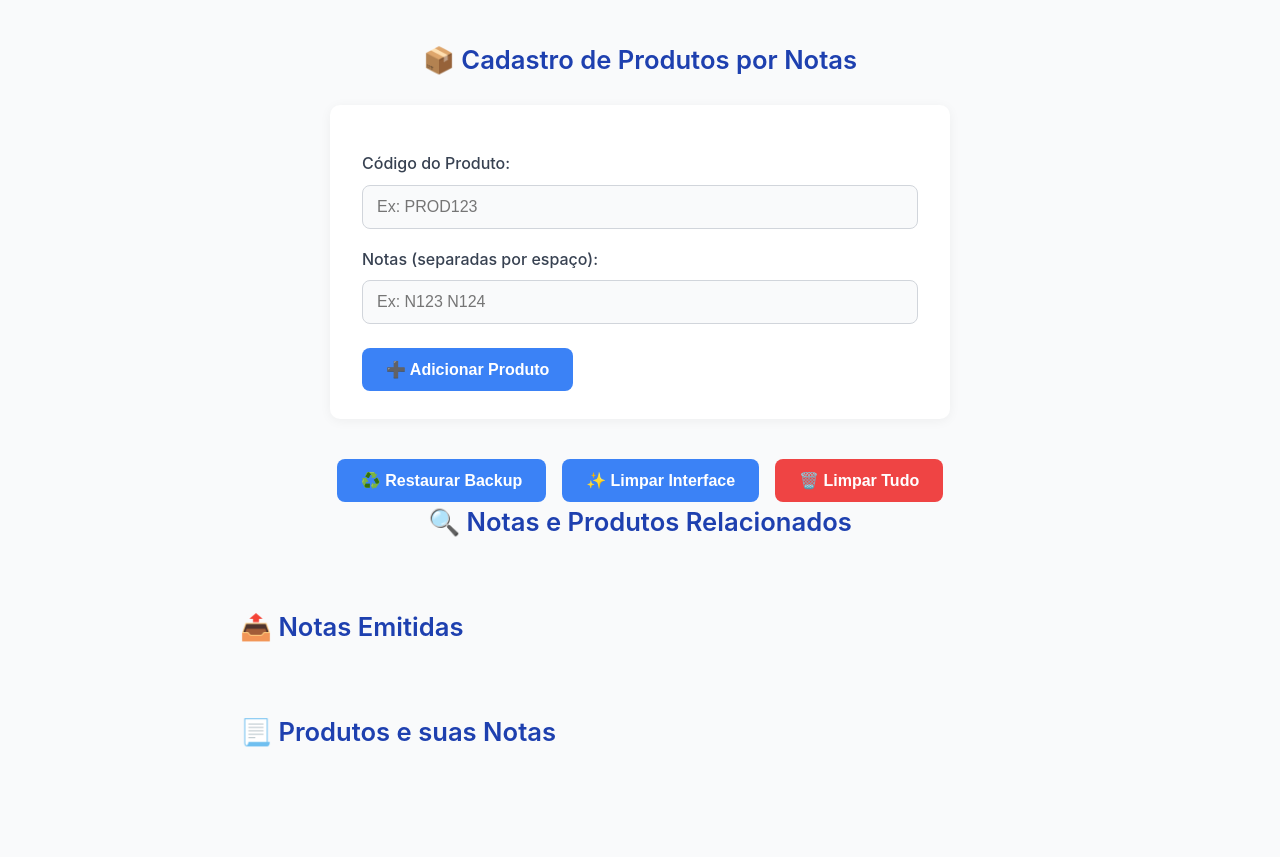
Repository: meiotera/cadastroNotasProdutos
Page: index.html
These files come from the project's save history. The page is drawn as it stood at one moment and after the next save; the edit follows.
The browser window is 1280 px wide. The pictures show the whole page.

Above is the page before, as saved 2025-06-11 17:59:08.

### index.html
<!DOCTYPE html>
<html lang="pt-BR">

<head>
  <meta charset="UTF-8" />
  <meta name="viewport" content="width=device-width, initial-scale=1.0" />
  <title>Cadastro de Produtos e Notas</title>
  <link rel="stylesheet" href="style.css" />
</head>

<body>
  <main>
    <h1>📦 Cadastro de Produtos por Notas</h1>

    <form id="formProduto">
      <label for="codigo">Código do Produto:</label>
      <input type="text" id="codigo" placeholder="Ex: PROD123" required />

      <label for="notas">Notas (separadas por espaço):</label>
      <input type="text" id="notas" placeholder="Ex: N123 N124" required />

      <button type="submit">➕ Adicionar Produto</button>
    </form>

    <div class="botoes-secundarios">
      <button id="restaurarBackup">♻️ Restaurar Backup</button>
      <button id="limparInterfaceBtn" class="limpar-btn-interface">✨ Limpar Interface</button>
      <button id="limparDados" class="limpar-btn">🗑️ Limpar Tudo</button>
    </div>

    <h2>🔍 Notas e Produtos Relacionados</h2>
    <div id="notasProdutos">
    </div>

    <div id="notasEmitidas">
      <h2>📤 Notas Emitidas</h2>
    </div>

    <div id="resultado">
      <h2>📃 Produtos e suas Notas</h2>
      <div id="listaProdutos"></div>
    </div>
  </main>

  <script src="script.js"></script>
</body>

</html>

### style.css
/* Reset básico */
* {
  margin: 0;
  padding: 0;
  box-sizing: border-box;
}

body {
  font-family: 'Inter', sans-serif;
  background-color: #f9fafb;
  color: #1f2937;
  padding: 40px 20px;
  line-height: 1.6;
}

/* Títulos */
h1,
h2 {
  text-align: center;
  margin-bottom: 24px;
  font-size: 1.6rem;
  color: #1e40af;
  font-weight: 600;
}

/* Formulário */
form {
  background: #ffffff;
  padding: 28px 32px;
  border-radius: 10px;
  max-width: 620px;
  margin: 0 auto 40px auto;
  box-shadow: 0 2px 12px rgba(0, 0, 0, 0.05);
}

label {
  display: block;
  margin: 18px 0 8px;
  font-weight: 500;
  color: #374151;
}

input {
  width: 100%;
  padding: 12px 14px;
  border-radius: 8px;
  border: 1.5px solid #d1d5db;
  background-color: #f9fafb;
  font-size: 1rem;
  color: #1f2937;
  transition: 0.2s;
}

input:focus {
  border-color: #3b82f6;
  outline: none;
  background-color: #fff;
}

/* Botões */
button {
  margin-top: 24px;
  padding: 12px 24px;
  background-color: #3b82f6;
  color: white;
  border: none;
  border-radius: 8px;
  font-size: 1rem;
  font-weight: 600;
  cursor: pointer;
  transition: background 0.2s ease;
}

.botoes-secundarios {
  display: flex;
  justify-content: center;
  align-items: center;
  gap: 16px;
}

.botoes-secundarios button {
  margin: 0;
}

button:hover {
  background-color: #2563eb;
}

.limpar-btn {
  background-color: #ef4444;
  margin: 30px auto;
  display: block;
  max-width: 620px;
}

.limpar-btn:hover {
  background-color: #dc2626;
}

/* Containers principais */
#resultado,
#notasProdutos,
#notasEmitidas {
  display: flex;
  gap: 24px;
  flex-wrap: wrap;
  justify-content: space-between;
  max-width: 800px;
  margin: 0 auto 40px;
}

#notasProdutos .card-nota {
  min-width: 300px;
}

/* Lista de produtos */
#listaProdutos > div {
  background: #ffffff;
  padding: 20px 24px;
  margin-bottom: 16px;
  border-radius: 10px;
  box-shadow: 0 1px 8px rgba(0, 0, 0, 0.05);
}

#listaProdutos strong {
  display: block;
  margin-bottom: 12px;
  font-size: 1rem;
  color: #111827;
}

/* Tags */
.tag,
.produto-tag {
  display: inline-block;
  padding: 6px 14px;
  margin: 4px 6px 4px 0;
  font-size: 0.875rem;
  font-weight: 600;
  border-radius: 999px;
  user-select: none;
}

.tag {
  background-color: #e0e7ff;
  color: #3730a3;
}

.produto-tag {
  background-color: #cbd5e1;
  color: #1e293b;
}

.tag:hover,
.produto-tag:hover {
  opacity: 0.85;
}

/* Cartão de nota fiscal */
.card-nota {
  background: #ffffff;
  padding: 24px 28px;
  margin-bottom: 24px;
  border-left: 6px solid #3b82f6;
  border-radius: 10px;
  box-shadow: 0 1px 10px rgba(0, 0, 0, 0.05);
}

.card-nota strong {
  display: block;
  margin-bottom: 12px;
  font-size: 1.05rem;
  color: #111827;
}

/* Botões de ação */
.botao-copiar,
.botao-emitir {
  margin-left: 8px;
  padding: 6px 12px;
  border-radius: 6px;
  font-size: 0.85rem;
  font-weight: 600;
  border: none;
  cursor: pointer;
  transition: background-color 0.2s ease;
}

.botao-copiar {
  background: #10b981;
  color: white;
}

.botao-copiar:hover {
  background: #059669;
}

.botao-emitir {
  background: #f59e0b;
  color: #3f2600;
}

.botao-emitir:hover {
  background: #d97706;
}

.copiado {
  border: 1px solid #059669;
  background-color: #25e772;
}

/* Itens clicáveis */
.codigo-clicavel,
.numero-nota-clicavel {
  cursor: pointer;
  color: #3b82f6;
  text-decoration: underline;
  font-weight: 500;
}

.codigo-clicavel:hover,
.numero-nota-clicavel:hover {
  color: #1d4ed8;
}

/* Responsivo */
@media (max-width: 720px) {
  form,
  .limpar-btn,
  #resultado,
  #notasProdutos,
  #notasEmitidas {
    padding: 20px 15px;
    margin: 0 10px 30px;
    max-width: 100%;
  }

  button {
    width: 100%;
    padding: 14px 0;
  }

  .botao-copiar,
  .botao-emitir {
    width: auto;
    display: inline-block;
    margin-top: 8px;
  }
}

.botao-remover {
  background: transparent;
  border: none;
  color: red;
  font-size: 16px;
  cursor: pointer;
  margin-left: 10px;
}

### script.js
const form = document.getElementById('formProduto');
const codigoInput = document.getElementById('codigo');
const listaProdutos = document.getElementById('listaProdutos');
const notasInput = document.getElementById('notas');
const notasProdutos = document.getElementById('notasProdutos');
const notasEmitidasDiv = document.getElementById('notasEmitidas');
const btnRestaurarBackup = document.getElementById('restaurarBackup');
const btnLimpar = document.getElementById('limparDados');
const btnLimparInterface = document.getElementById('limparInterfaceBtn');

let produtosNotas = JSON.parse(localStorage.getItem('produtosNotas')) || [];
let produtosNotasBackup =
  JSON.parse(localStorage.getItem('produtosNotasBackup')) || [];
let notasEmitidas = JSON.parse(localStorage.getItem('notasEmitidas')) || [];

function salvarDados() {
  localStorage.setItem('produtosNotas', JSON.stringify(produtosNotas));
  localStorage.setItem(
    'produtosNotasBackup',
    JSON.stringify(produtosNotasBackup),
  );
  localStorage.setItem('notasEmitidas', JSON.stringify(notasEmitidas));
}

codigoInput.addEventListener('blur', () => {
  const codigoValor = codigoInput.value.trim();
  if (!codigoValor) {
    return;
  }

  // Modificado para buscar no backup
  const produtoExistente = produtosNotasBackup.find(
    (p) => p.codigo === codigoValor,
  );

  if (produtoExistente && produtoExistente.notas.length > 0) {
    notasInput.value = produtoExistente.notas.join(' ');
  }
});

form.addEventListener('submit', (e) => {
  e.preventDefault();
  const codigo = codigoInput.value.trim();
  const notas = notasInput.value
    .split(' ')
    .map((n) => n.trim())
    .filter(Boolean);

  if (!codigo || notas.length === 0) return;
  const indiceProdutoExistenteEmProdutosNotas = produtosNotas.findIndex(
    (p) => p.codigo === codigo,
  );

  const indiceProdutoExistenteEmBackup = produtosNotasBackup.findIndex(
    (p) => p.codigo === codigo,
  );

  if (indiceProdutoExistenteEmProdutosNotas > -1) {
    // Produto existe em produtosNotas (UPDATING)
    produtosNotas[indiceProdutoExistenteEmProdutosNotas].notas = notas;

    // Atualiza no backup SOMENTE SE JÁ EXISTIR LÁ
    if (indiceProdutoExistenteEmBackup > -1) {
      produtosNotasBackup[indiceProdutoExistenteEmBackup].notas = notas;
    }
    // Se não existe no backup, não faz nada com o backup durante uma atualização.
  } else {
    // Produto é NOVO para produtosNotas (ADDING)
    const novoProduto = { codigo, notas };
    produtosNotas.push(novoProduto);

    // Adiciona ao backup SOMENTE SE NÃO EXISTIR LÁ AINDA
    if (indiceProdutoExistenteEmBackup === -1) {
      produtosNotasBackup.push({ ...novoProduto });
    }
  }

  salvarDados();

  form.reset();
  renderizarTudo(codigo); // Passa o código do produto submetido para filtrar a exibição
});

// 📤 Emitir nota
function emitirNota(notaSelecionada) {
  const produtosComNota = produtosNotas.filter((p) =>
    p.notas.includes(notaSelecionada),
  );

  if (produtosComNota.length === 0) return;

  const codigosAlvo = [...new Set(produtosComNota.map((p) => p.codigo))];

  const numeroNota = prompt(
    `Informe o número da Nota Fiscal para os códigos: ${codigosAlvo.join(
      ', ',
    )}:`,
  );
  if (!numeroNota) return;

  const todasNotasRelacionadas = [
    ...new Set(
      produtosNotas
        .filter((p) => codigosAlvo.includes(p.codigo))
        .flatMap((p) => p.notas),
    ),
  ];

  notasEmitidas.push({
    numeroNota,
    produtos: codigosAlvo,
    notas: todasNotasRelacionadas,
  });

  produtosNotas = produtosNotas
    .map((p) =>
      codigosAlvo.includes(p.codigo)
        ? {
            ...p,
            notas: p.notas.filter((n) => !todasNotasRelacionadas.includes(n)),
          }
        : p,
    )
    .filter((p) => p.notas.length > 0);

  salvarDados();
  renderizarTudo();
}

// 🗑️ Limpar tudo
btnLimpar.addEventListener('click', () => {
  if (confirm('Tem certeza que deseja apagar todos os dados?')) {
    produtosNotas = [];
    produtosNotasBackup = [];
    notasEmitidas = [];
    salvarDados();
    renderizarTudo();
  }
});

// ✨ Limpar apenas a interface (frontend)
btnLimparInterface.addEventListener('click', () => {
  // Apaga os dados de produtosNotas e notasEmitidas, mas mantém o backup
  produtosNotas = [];
  notasEmitidas = []; // Limpa também as notas emitidas para consistência da interface

  salvarDados(); // Salva o estado (produtosNotas e notasEmitidas vazios, backup intacto)
  renderizarTudo(); // Re-renderiza a interface para mostrar as listas vazias

  // Reseta o formulário
  form.reset();
  // Opcional: focar no primeiro campo do formulário
  codigoInput.focus();
});

// 🔄 Renderizar tudo
function renderizarTudo(codigoFiltro = null) {
  // Adiciona parâmetro opcional para filtrar
  renderizarProdutos(codigoFiltro); // Passa o filtro para renderizarProdutos
  renderizarNotas(); // Mantém a exibição global para as outras seções
  renderizarNotasEmitidas(); // Mantém a exibição global
}

function copiarTexto(texto, elementoClicado) {
  // 1. Verificar se a API de Clipboard está disponível
  if (!navigator.clipboard) {
    alert(
      'Seu navegador não suporta a funcionalidade de copiar para a área de transferência de forma segura, ou a página não está sendo servida via HTTPS.',
    );
    return;
  }

  navigator.clipboard
    .writeText(texto)
    .then(() => {
      // Adicionar classe 'copiado' ao elemento clicado para feedback visual
      if (elementoClicado) {
        elementoClicado.classList.add('copiado');
        // Remover a classe após um tempo
        setTimeout(() => {
          elementoClicado.classList.remove('copiado');
        }, 1500); // Remove a classe após 1.5 segundos
      }
      // console.log('Texto copiado:', texto); // Opcional: log para debug
    })
    .catch((err) => {
      console.error('Falha ao copiar o texto:', err);
      let mensagemErro = 'Falha ao copiar o texto.';
      if (err.name === 'NotAllowedError') {
        mensagemErro +=
          ' A permissão para escrever na área de transferência foi negada.';
      } else if (document.visibilityState !== 'visible') {
        mensagemErro +=
          ' A página não está ativa. Clique na página e tente novamente.';
      }
      alert(
        mensagemErro +
          ' Verifique as permissões do navegador e se a página está em HTTPS.',
      );
    });
}

function renderizarProdutos(codigoFiltro = null) {
  listaProdutos.innerHTML = '';
  let produtosParaRenderizar = produtosNotas;

  if (codigoFiltro) {
    // Filtra para mostrar apenas o produto especificado, se existir
    const produtoFiltrado = produtosNotas.find(
      (p) => p.codigo === codigoFiltro,
    );
    produtosParaRenderizar = produtoFiltrado ? [produtoFiltrado] : [];
  }

  // Itera sobre os produtos a serem renderizados (todos ou o filtrado)
  produtosParaRenderizar.forEach((p) => {
    const div = document.createElement('div');
    div.classList.add('card-nota'); // Adiciona classe para consistência visual
    div.innerHTML = `
      <strong class="codigo-clicavel">${p.codigo}</strong>
      ${p.notas
        .map((n) => `<span class="tag codigo-clicavel">${n}</span>`)
        .join('')}
      <button class="botao-remover" title="Remover este item">❌</button>
    `;

    // Copiar o código ao clicar
    div
      .querySelector('strong.codigo-clicavel') // Este é o elemento clicado
      .addEventListener('click', (e) => copiarTexto(p.codigo, e.target));

    // Copiar as notas ao clicar
    div.querySelectorAll('span.codigo-clicavel').forEach((span) => {
      span.addEventListener('click', (e) =>
        copiarTexto(span.textContent, e.target),
      );
    });

    // Botão de remover item
    div.querySelector('.botao-remover').addEventListener('click', () => {
      if (confirm(`Deseja remover o produto ${p.codigo}?`)) {
        const codigoARemover = p.codigo;
        // Encontra o índice real na lista principal produtosNotas
        const originalIndex = produtosNotas.findIndex(
          (item) => item.codigo === codigoARemover,
        );
        if (originalIndex > -1) {
          produtosNotas.splice(originalIndex, 1);

          // Remover também do backup para manter consistência
          const backupIndex = produtosNotasBackup.findIndex(
            (item) => item.codigo === codigoARemover,
          );
          if (backupIndex > -1) {
            produtosNotasBackup.splice(backupIndex, 1);
          }

          salvarDados();
          renderizarTudo(); // Re-renderiza tudo (sem filtro) após a remoção
        }
      }
    });

    listaProdutos.appendChild(div);
  });
}

function renderizarNotas() {
  //notasProdutos.innerHTML = '<h2>🔍 Notas e Produtos Relacionados</h2>';
  const notasUnicas = [...new Set(produtosNotas.flatMap((p) => p.notas))];

  // Sort notasUnicas by the number of related products in descending order
  notasUnicas.sort((a, b) => {
    const produtosRelacionadosA = produtosNotas.filter((p) =>
      p.notas.includes(a),
    ).length;
    const produtosRelacionadosB = produtosNotas.filter((p) =>
      p.notas.includes(b),
    ).length;
    return produtosRelacionadosB - produtosRelacionadosA;
  });
  notasUnicas.forEach((nota) => {
    const produtosRelacionados = produtosNotas
      .filter((p) => p.notas.includes(nota))
      .map((p) => p.codigo);

    const div = document.createElement('div');
    div.classList.add('card-nota');
    div.innerHTML = `
      <strong>Nota: <span class="codigo-clicavel">${nota}</span></strong>
      ${produtosRelacionados
        .map((p) => `<span class="produto-tag codigo-clicavel">${p}</span>`)
        .join('')}
      <button class="botao-emitir">Separa por Item</button>
    `;

    // Copiar a nota ao clicar
    div
      .querySelector('strong > span.codigo-clicavel') // Elemento clicado é o span dentro do strong
      .addEventListener('click', (e) => copiarTexto(nota, e.target));

    // Copiar códigos dos produtos relacionados ao clicar
    div.querySelectorAll('span.produto-tag.codigo-clicavel').forEach((span) => {
      span.addEventListener('click', (e) =>
        copiarTexto(span.textContent, e.target),
      );
    });

    div
      .querySelector('.botao-emitir')
      .addEventListener('click', () => emitirNota(nota));
    notasProdutos.appendChild(div);
  });
}

function renderizarNotasEmitidas() {
  notasEmitidasDiv.innerHTML = '<h2>📤 Notas Emitidas</h2>';
  notasEmitidas.forEach((item) => {
    const div = document.createElement('div');
    div.classList.add('card-nota');
    div.innerHTML = `
      <strong>Nota Fiscal Nº ${item.numeroNota}</strong>
      <div><strong>Produtos:</strong> ${item.produtos
        .map((p) => `<span class="produto-tag">${p}</span>`)
        .join('')}</div>
    `;
    notasEmitidasDiv.appendChild(div);
  });
}

btnRestaurarBackup.addEventListener('click', () => {
  produtosNotas = JSON.parse(JSON.stringify(produtosNotasBackup));
  salvarDados();
  renderizarTudo();
  alert('Backup restaurado com sucesso!');
});

// renderizarTudo(); // Removido para não carregar dados automaticamente na inicialização

After the next save:
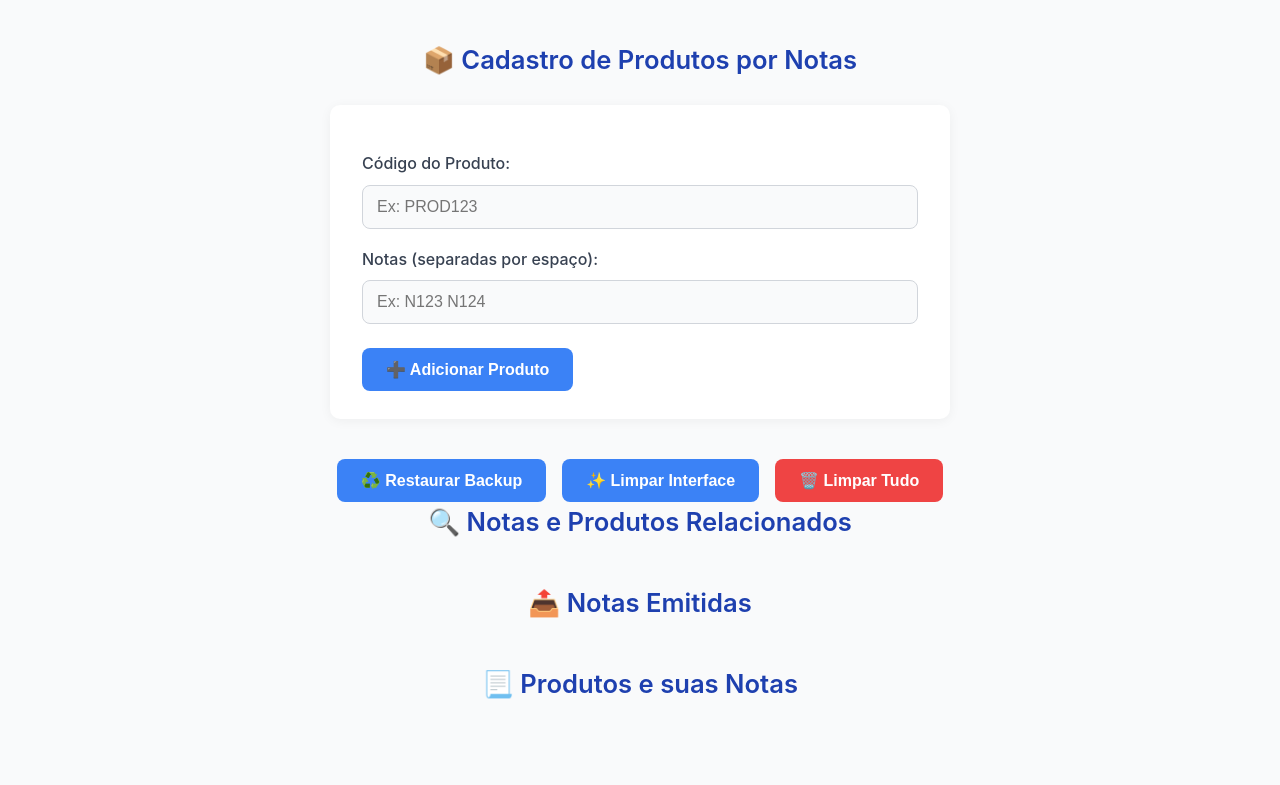
Saved 38 s later.
--- a/style.css
+++ b/style.css
@@ -101,16 +101,8 @@ button:hover {
 #resultado,
 #notasProdutos,
 #notasEmitidas {
-  display: flex;
-  gap: 24px;
-  flex-wrap: wrap;
-  justify-content: space-between;
   max-width: 800px;
   margin: 0 auto 40px;
-}
-
-#notasProdutos .card-nota {
-  min-width: 300px;
 }
 
 /* Lista de produtos */
